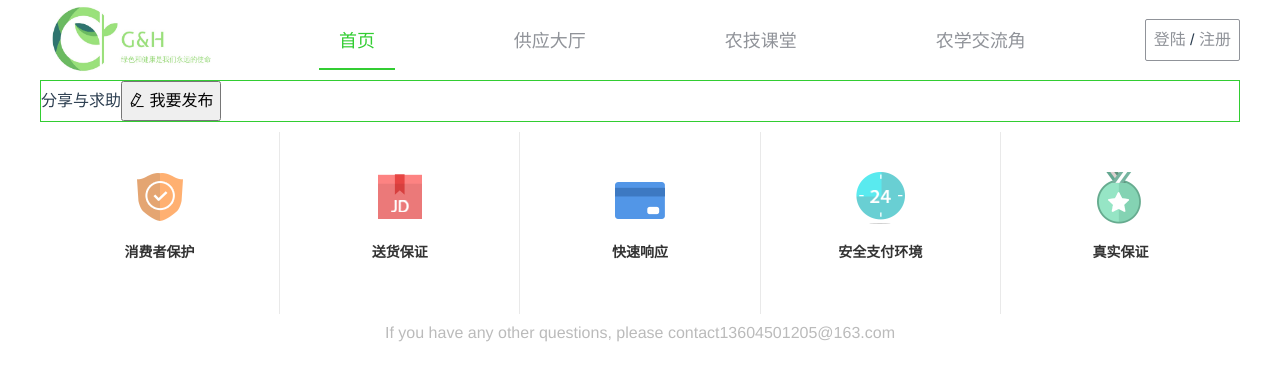
Repository: Miraitowa007/neau
Page: /communication
An editor plug-in stored every save of this project. The page is shown before and after the next save, followed by the edit.
The browser window is 1280 px wide. The pictures show the whole page.
The project was rebuilt for these pictures with package versions that can differ from the ones it lists, and the page was loaded fresh each time. Also part of the build but not shown: vue.config.js, src/views/home/index.vue, src/views/login/index.vue, src/views/sale/index.vue, src/views/class/index.vue.

Above is the page before, as saved 2021-04-30 11:09:40.

After the next save:
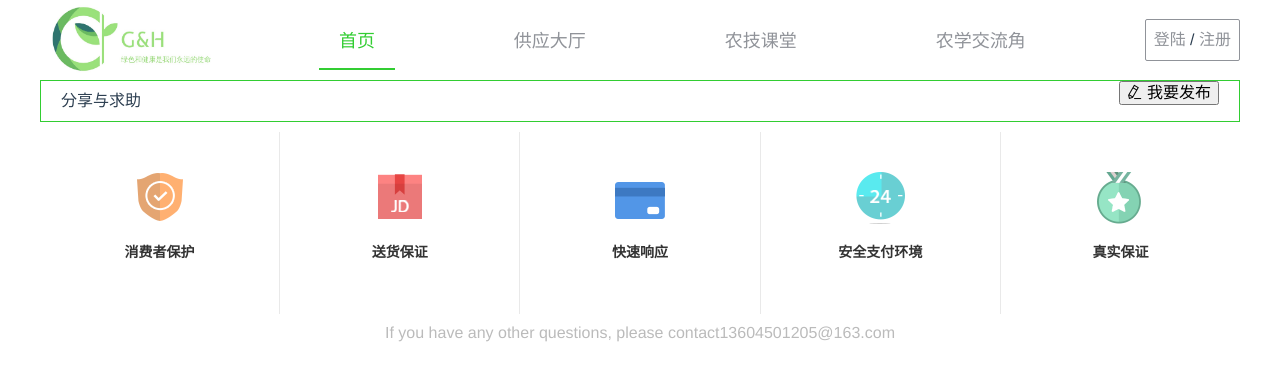
Saved 93 s later.
--- a/src/views/communication/index.vue
+++ b/src/views/communication/index.vue
@@ -26,8 +26,14 @@
         margin: 0 auto;
         display: flex;
         border: 1px solid #32CD32;
+        position: relative;
         .share{
-
+            margin-left: 20px;
+        }
+        .publish{
+            position: absolute;
+            top:0;
+            right: 20px;
         }
     }
 }
